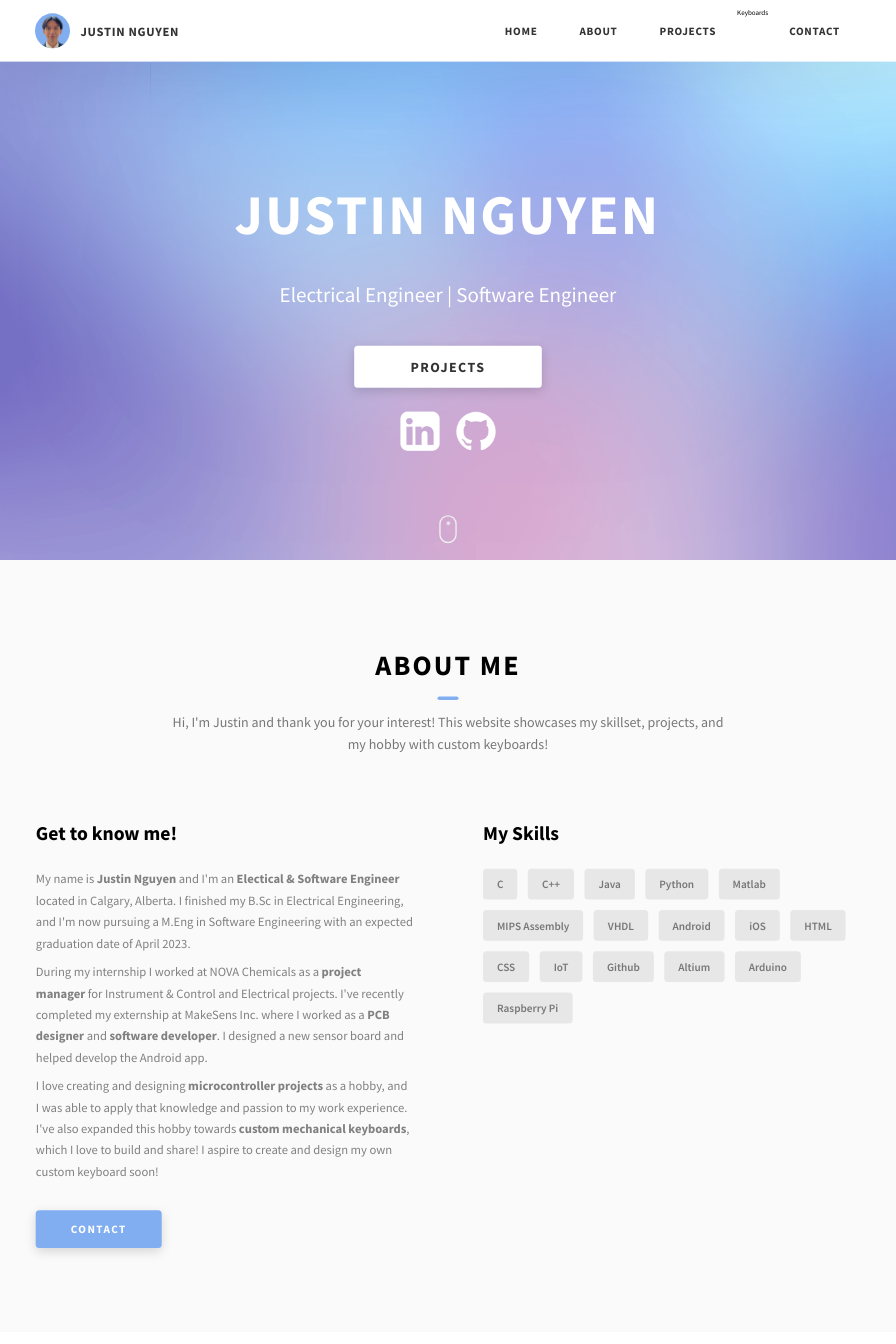
Repository: justinknguyen/Personal-Portfolio
Page: index.html
An editor plug-in stored every save of this project. The page is shown before and after the next save, followed by the edit.
The browser window is 1280 px wide. The pictures show the part of the page from y = 0 to 1920 px (the page is 6076 px tall), at 70% of full size.
The style sheet was rebuilt from its Sass, Less or Tailwind sources for each picture, by a compiler version that may differ from the author's.

Above is the page before, as saved 2022-09-10 14:44:45.

After the next save:
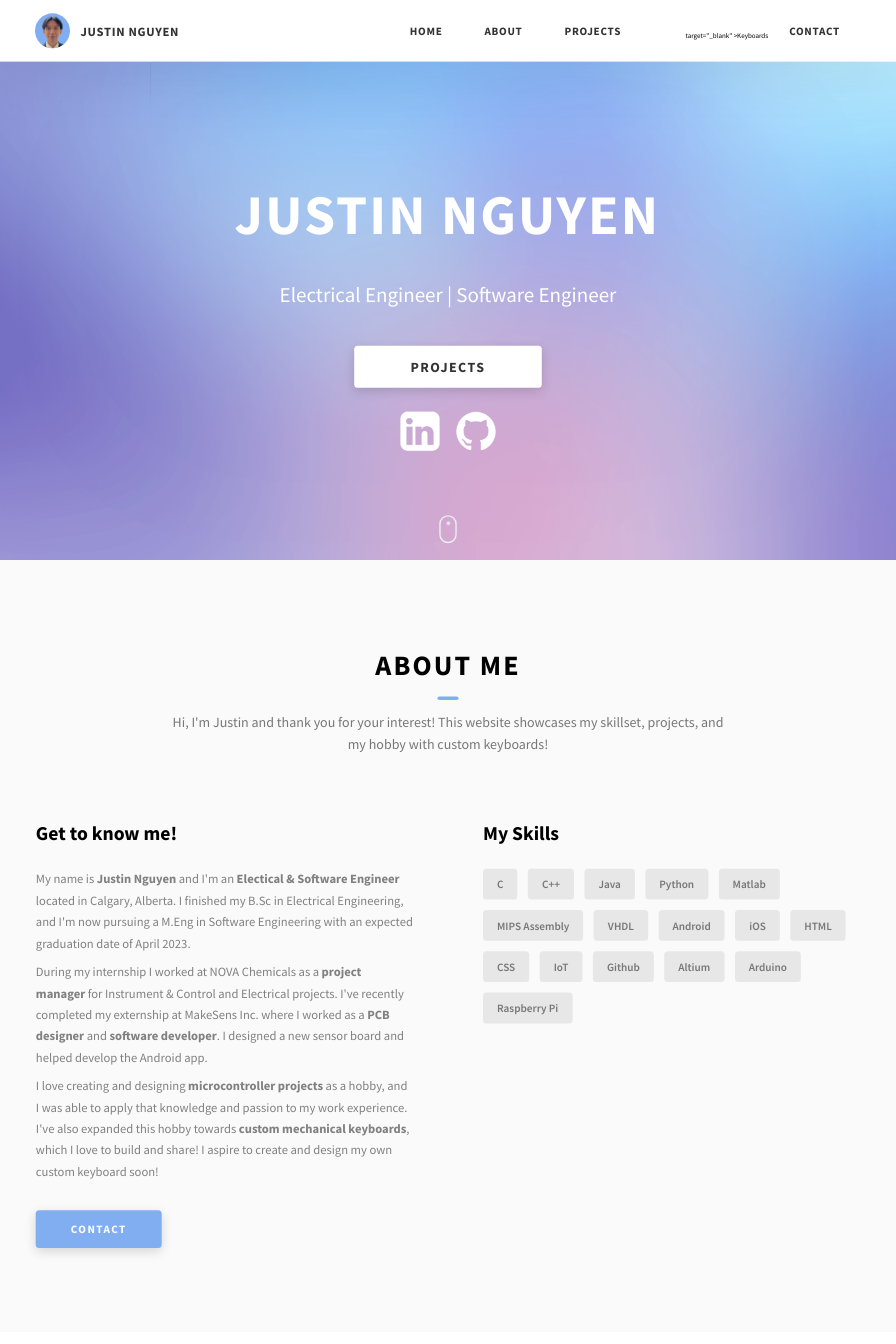
Saved 22 s later.
--- a/index.html
+++ b/index.html
@@ -47,6 +47,7 @@
             <li class="header__link-wrapper">
               <a
                 href="./keyboards.html"
+                class="header__link"></a>
                 target="_blank"
                 >Keyboards</a
               >
